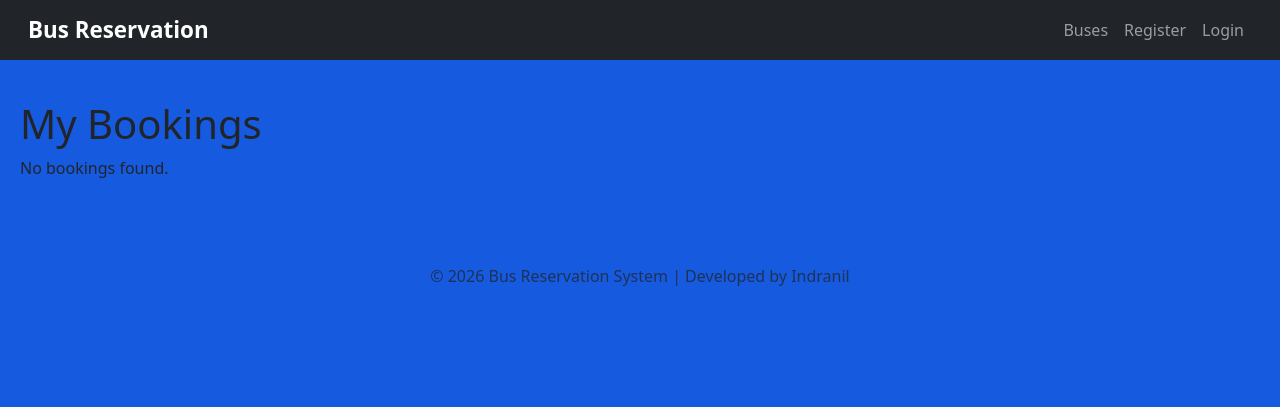
Repository: Eswarabhinay06/Bus-Reservation-System
Page: /my-bookings (app in AIML-09-Bus-Reservation-System-main/bus-reservation-frontend/)
These files come from the project's save history. The page is drawn as it stood at one moment and after the next save; the edit follows.
The browser window is 1280 px wide. The pictures show the whole page.
The project was rebuilt for these pictures with package versions that can differ from the ones it lists, and the page was loaded fresh each time. Also part of the build but not shown: AIML-09-Bus-Reservation-System-main/bus-reservation-frontend/vite.config.js, AIML-09-Bus-Reservation-System-main/bus-reservation-frontend/src/components/SeatSelection.jsx, AIML-09-Bus-Reservation-System-main/bus-reservation-frontend/src/pages/SearchBus.jsx, AIML-09-Bus-Reservation-System-main/bus-reservation-frontend/src/pages/Register.jsx, AIML-09-Bus-Reservation-System-main/bus-reservation-frontend/src/pages/Login.jsx, AIML-09-Bus-Reservation-System-main/bus-reservation-frontend/src/pages/AddBus.jsx.

Above is the page before, as saved 2026-07-14 09:44:17.

### AIML-09-Bus-Reservation-System-main/bus-reservation-frontend/index.html
<!doctype html>
<html lang="en">
  <head>
    <meta charset="UTF-8" />
    <link rel="icon" type="image/svg+xml" href="/favicon.svg" />
    <meta name="viewport" content="width=device-width, initial-scale=1.0" />
    <title>bus-reservation-frontend</title>
  </head>
  <body>
    <div id="root"></div>
    <script type="module" src="/src/main.jsx"></script>
  </body>
</html>

### AIML-09-Bus-Reservation-System-main/bus-reservation-frontend/src/main.jsx
import { StrictMode } from 'react'
import { createRoot } from 'react-dom/client'
import 'bootstrap/dist/css/bootstrap.min.css'   // Add this line
import './index.css'
import App from './App.jsx'

createRoot(document.getElementById('root')).render(
  <StrictMode>
    <App />
  </StrictMode>,
)

### AIML-09-Bus-Reservation-System-main/bus-reservation-frontend/src/index.css
body {
  background-color: #165ae0;
}

.card {
  transition: 0.3s;
  border-radius: 15px;
}

.card:hover {
  transform: translateY(-5px);
  box-shadow: 0 5px 20px rgba(0,0,0,0.15);
}

.navbar-brand {
  font-weight: bold;
  font-size: 1.4rem;
}

.btn {
  border-radius: 10px;
}

### AIML-09-Bus-Reservation-System-main/bus-reservation-frontend/src/App.jsx
import { BrowserRouter, Routes, Route, Link, useNavigate } from "react-router-dom";
import SearchBus from "./pages/SearchBus";
import Register from "./pages/Register";
import Login from "./pages/Login";
import MyBookings from "./pages/MyBookings";
import AddBus from "./pages/AddBus";

function Navbar() {
  const navigate = useNavigate();
  const user = JSON.parse(localStorage.getItem("user"));

  const logout = () => {
    localStorage.removeItem("user");
    alert("Logged out successfully!");
    navigate("/login");
  };

  return (
    <nav
      className="navbar navbar-expand-lg navbar-dark bg-dark px-3"
      style={{ marginBottom: "20px" }}
    >
      <div className="container-fluid">
        <Link className="navbar-brand" to="/">
          Bus Reservation
        </Link>

        <div className="navbar-nav ms-auto">
          <Link className="nav-link" to="/">
            Buses
          </Link>

          {!user ? (
            <>
              <Link className="nav-link" to="/register">
                Register
              </Link>

              <Link className="nav-link" to="/login">
                Login
              </Link>
            </>
          ) : (
            <>
              <Link className="nav-link" to="/my-bookings">
                My Bookings
              </Link>

              <Link className="nav-link" to="/add-bus">
                Add Bus
              </Link>

              <span className="navbar-text text-white me-3">
                Hi, {user.name}
              </span>

              <button className="btn btn-danger btn-sm" onClick={logout}>
                Logout
              </button>
            </>
          )}
        </div>
      </div>
    </nav>
  );
}

function App() {
  return (
    <BrowserRouter>
      <Navbar />

      <Routes>
        <Route path="/" element={<SearchBus />} />
        <Route path="/register" element={<Register />} />
        <Route path="/login" element={<Login />} />
        <Route path="/my-bookings" element={<MyBookings />} />
        <Route path="/add-bus" element={<AddBus />} />
      </Routes>

      <footer className="text-center mt-5 mb-3 text-muted">
        © 2026 Bus Reservation System | Developed by Indranil
      </footer>
    </BrowserRouter>
  );
}

export default App;

### AIML-09-Bus-Reservation-System-main/bus-reservation-frontend/src/pages/MyBookings.jsx
import { useEffect, useState } from "react";
import api from "../services/api";

function MyBookings() {
  const [bookings, setBookings] = useState([]);

  useEffect(() => {
    fetchBookings();
  }, []);

  const fetchBookings = async () => {
    const user = JSON.parse(localStorage.getItem("user"));

    if (!user) {
      alert("Please login first!");
      return;
    }

    try {
      const response = await api.get(`/bookings/user/${user.id}`);
      setBookings(response.data);
    } catch (error) {
      console.error(error);
      alert("Failed to fetch bookings");
    }
  };

  return (
    <div style={{ padding: "20px" }}>
      <h1>My Bookings</h1>

      {bookings.length === 0 ? (
        <p>No bookings found.</p>
      ) : (
        bookings.map((booking) => (
          <div
            key={booking.id}
            style={{
              border: "1px solid #ccc",
              padding: "15px",
              marginBottom: "15px",
              borderRadius: "10px",
            }}
          >
            <h3>{booking.bus.busName}</h3>

            <p><b>Booking ID:</b> {booking.id}</p>
            <p><b>Route:</b> {booking.bus.source} → {booking.bus.destination}</p>
            <p><b>Seats:</b> {booking.seatCount}</p>
            <p><b>Total Amount:</b> ₹{booking.totalAmount}</p>
            <p><b>Status:</b> {booking.status}</p>
            <p><b>Booked On:</b> {booking.bookingDate}</p>
          </div>
        ))
      )}
    </div>
  );
}

export default MyBookings;

### AIML-09-Bus-Reservation-System-main/bus-reservation-frontend/src/services/api.js
import axios from "axios";

const api = axios.create({
  baseURL: "http://localhost:9090/api",
});

export default api;

### AIML-09-Bus-Reservation-System-main/bus-reservation-frontend/src/components/Navbar.jsx
import { Link, useNavigate } from "react-router-dom";

function Navbar() {
  const navigate = useNavigate();
  const user = JSON.parse(localStorage.getItem("user"));

  const logout = () => {
    localStorage.removeItem("user");
    alert("Logged out Successfully");
    navigate("/login");
  };

  return (
    <nav className="navbar navbar-expand-lg navbar-dark bg-primary shadow">
      <div className="container">

        <Link className="navbar-brand fw-bold fs-3" to="/">
          🚌 Bus Reservation
        </Link>

        <button
          className="navbar-toggler"
          data-bs-toggle="collapse"
          data-bs-target="#navbar"
        >
          <span className="navbar-toggler-icon"></span>
        </button>

        <div className="collapse navbar-collapse" id="navbar">
          <ul className="navbar-nav ms-auto">

            <li className="nav-item">
              <Link className="nav-link" to="/">
                Home
              </Link>
            </li>

            {!user ? (
              <>
                <li className="nav-item">
                  <Link className="nav-link" to="/register">
                    Register
                  </Link>
                </li>

                <li className="nav-item">
                  <Link className="nav-link" to="/login">
                    Login
                  </Link>
                </li>
              </>
            ) : (
              <>
                <li className="nav-item">
                  <Link className="nav-link" to="/my-bookings">
                    My Bookings
                  </Link>
                </li>

                <li className="nav-item">
                  <Link className="nav-link" to="/add-bus">
                    Add Bus
                  </Link>
                </li>

                <li className="nav-item">
                  <span className="nav-link text-warning fw-bold">
                    Welcome {user.name}
                  </span>
                </li>

                <li className="nav-item">
                  <button
                    className="btn btn-danger ms-2"
                    onClick={logout}
                  >
                    Logout
                  </button>
                </li>
              </>
            )}

          </ul>
        </div>

      </div>
    </nav>
  );
}

export default Navbar;

### AIML-09-Bus-Reservation-System-main/bus-reservation-frontend/src/components/Footer.jsx
function Footer() {
  return (
    <footer className="bg-dark text-white text-center p-3 mt-5">
      <h5>🚌 Bus Reservation System</h5>

      <p className="mb-1">
        Developed by <b>Indranil</b>
      </p>

      <small>
        © 2026 All Rights Reserved
      </small>
    </footer>
  );
}

export default Footer;

After the next save:
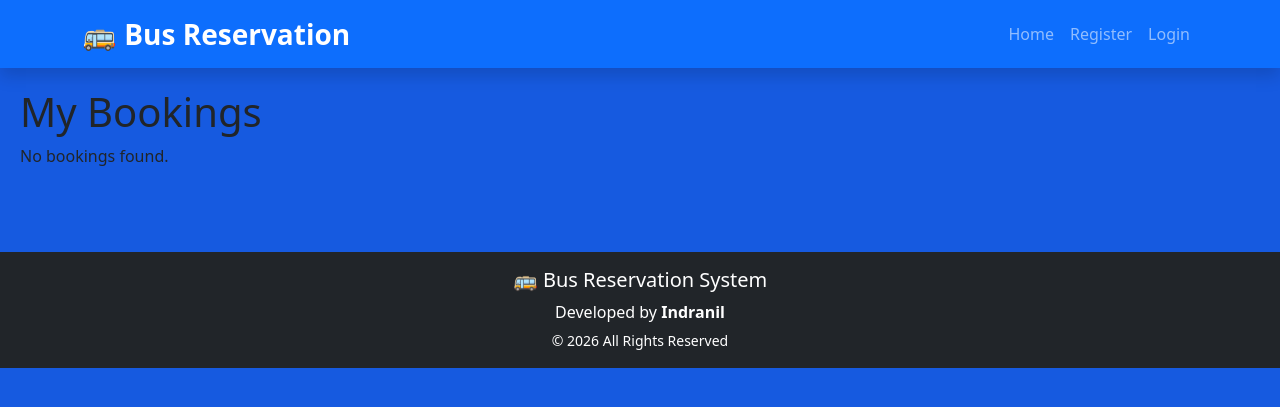
Saved 14 s later.
--- a/AIML-09-Bus-Reservation-System-main/bus-reservation-frontend/src/App.jsx
+++ b/AIML-09-Bus-Reservation-System-main/bus-reservation-frontend/src/App.jsx
@@ -1,86 +1,48 @@
-import { BrowserRouter, Routes, Route, Link, useNavigate } from "react-router-dom";
+import { BrowserRouter, Routes, Route } from "react-router-dom";
+
+import Navbar from "./components/Navbar";
+import Footer from "./components/Footer";
+
 import SearchBus from "./pages/SearchBus";
 import Register from "./pages/Register";
 import Login from "./pages/Login";
 import MyBookings from "./pages/MyBookings";
 import AddBus from "./pages/AddBus";
 
-function Navbar() {
-  const navigate = useNavigate();
-  const user = JSON.parse(localStorage.getItem("user"));
-
-  const logout = () => {
-    localStorage.removeItem("user");
-    alert("Logged out successfully!");
-    navigate("/login");
-  };
-
-  return (
-    <nav
-      className="navbar navbar-expand-lg navbar-dark bg-dark px-3"
-      style={{ marginBottom: "20px" }}
-    >
-      <div className="container-fluid">
-        <Link className="navbar-brand" to="/">
-          Bus Reservation
-        </Link>
-
-        <div className="navbar-nav ms-auto">
-          <Link className="nav-link" to="/">
-            Buses
-          </Link>
-
-          {!user ? (
-            <>
-              <Link className="nav-link" to="/register">
-                Register
-              </Link>
-
-              <Link className="nav-link" to="/login">
-                Login
-              </Link>
-            </>
-          ) : (
-            <>
-              <Link className="nav-link" to="/my-bookings">
-                My Bookings
-              </Link>
-
-              <Link className="nav-link" to="/add-bus">
-                Add Bus
-              </Link>
-
-              <span className="navbar-text text-white me-3">
-                Hi, {user.name}
-              </span>
-
-              <button className="btn btn-danger btn-sm" onClick={logout}>
-                Logout
-              </button>
-            </>
-          )}
-        </div>
-      </div>
-    </nav>
-  );
-}
-
 function App() {
   return (
     <BrowserRouter>
+
       <Navbar />
 
       <Routes>
+
         <Route path="/" element={<SearchBus />} />
-        <Route path="/register" element={<Register />} />
-        <Route path="/login" element={<Login />} />
-        <Route path="/my-bookings" element={<MyBookings />} />
-        <Route path="/add-bus" element={<AddBus />} />
+
+        <Route
+          path="/register"
+          element={<Register />}
+        />
+
+        <Route
+          path="/login"
+          element={<Login />}
+        />
+
+        <Route
+          path="/my-bookings"
+          element={<MyBookings />}
+        />
+
+        <Route
+          path="/add-bus"
+          element={<AddBus />}
+        />
+
       </Routes>
 
-      <footer className="text-center mt-5 mb-3 text-muted">
-        © 2026 Bus Reservation System | Developed by Indranil
-      </footer>
+      <Footer />
+
     </BrowserRouter>
   );
 }
